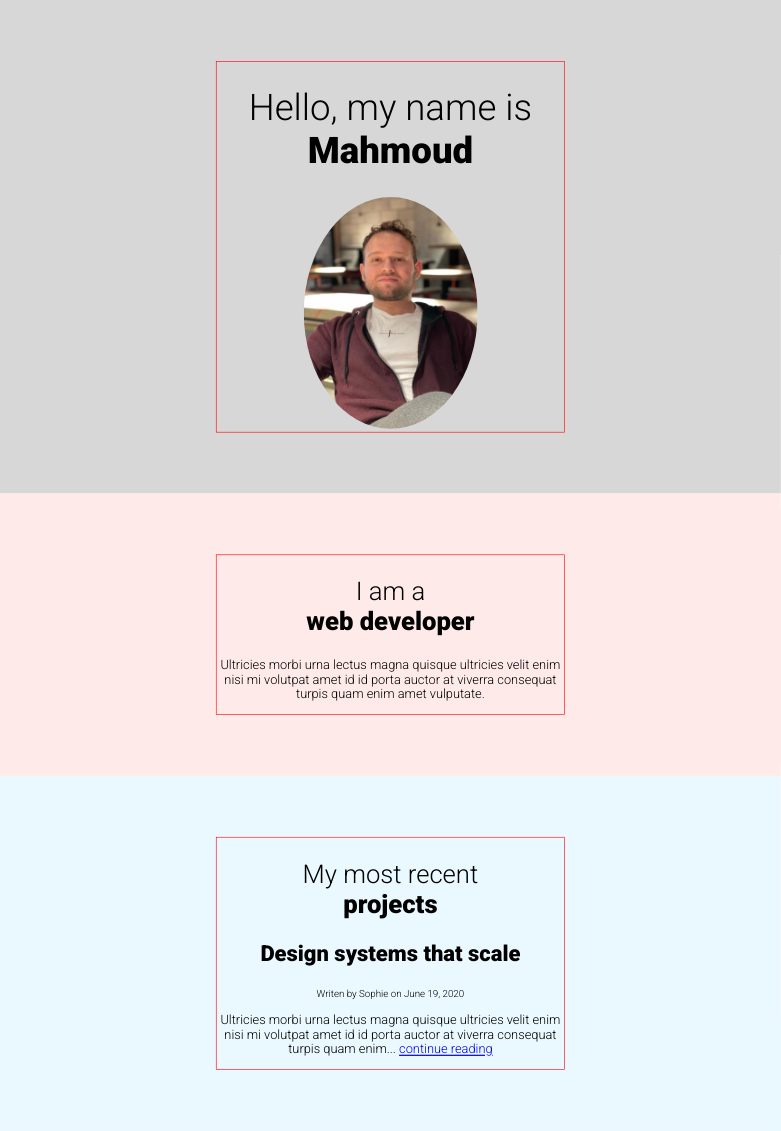
Repository: Doumham-Armah/portfolio
Page: index.html
An editor plug-in stored every save of this project. The page is shown before and after the next save, followed by the edit.
The browser window is 1280 px wide. The pictures show the whole page, at 61% of full size.

Above is the page before, as saved 2021-08-17 12:18:46.

### index.html
<!DOCTYPE html>
<html>
  <head>
    <title>HTML & CSS Fundamentals | Challenges</title>
    <link rel="preconnect" href="https://fonts.googleapis.com" />
    <link rel="preconnect" href="https://fonts.gstatic.com" crossorigin />
    <link
      href="https://fonts.googleapis.com/css2?family=Roboto:wght@300;900&display=swap"
      rel="stylesheet"
    />
    <link href="./style.css" rel="stylesheet" />
  </head>

  <body>
    <header>
      <div class="container">
        <h1>Hello, my name is <span>Mahmoud</span></h1>
        <img class="my-photo" src="./images/photo.jpeg" alt="image of me" />
      </div>
    </header>

    <section class="about-me">
      <div class="container">
        <h2>I am a <span>web developer</span></h2>
        <p>
          Ultricies morbi urna lectus magna quisque ultricies velit enim nisi mi
          volutpat amet id id porta auctor at viverra consequat turpis quam enim
          amet vulputate.
        </p>
      </div>
    </section>

    <section class="projects">
      <div class="container">
        <h2>My most recent <span>projects</span></h2>
        <article>
          <h3>Design systems that scale</h3>
          <p class="small-text">Writen by Sophie on June 19, 2020</p>
          <p>
            Ultricies morbi urna lectus magna quisque ultricies velit enim nisi
            mi volutpat amet id id porta auctor at viverra consequat turpis quam
            enim... <a href="#">continue reading</a>
          </p>
        </article>
      </div>
    </section>
  </body>
</html>

### style.css
body {
  margin: 0;
  font-size: 1.3125rem;
}

h1,
h2 {
  font-weight: 300;
}

h1 {
  font-size: 3.75rem;
}

h2 {
  font-size: 2.625rem;
}

h3 {
  font-size: 2.25rem;
}

h1 span,
h2 span {
  font-weight: 900;
  display: block;
}

header,
section {
  padding: 6.25rem 0;
}

header {
  background-color: #d7d7d7;
}

.about-me {
  background-color: #ffeaea;
}

.projects {
  background-color: #eaf9ff;
}

.small-text {
  font-size: 16px;
}

.container {
  width: 570px;
  margin: 0 auto;
  border: 1px solid red;
  text-align: center;
  font-family: "Roboto", sans-serif;
}

.my-photo {
  max-width: 50%;
  height: auto;
  border-radius: 50%;
}

After the next save:
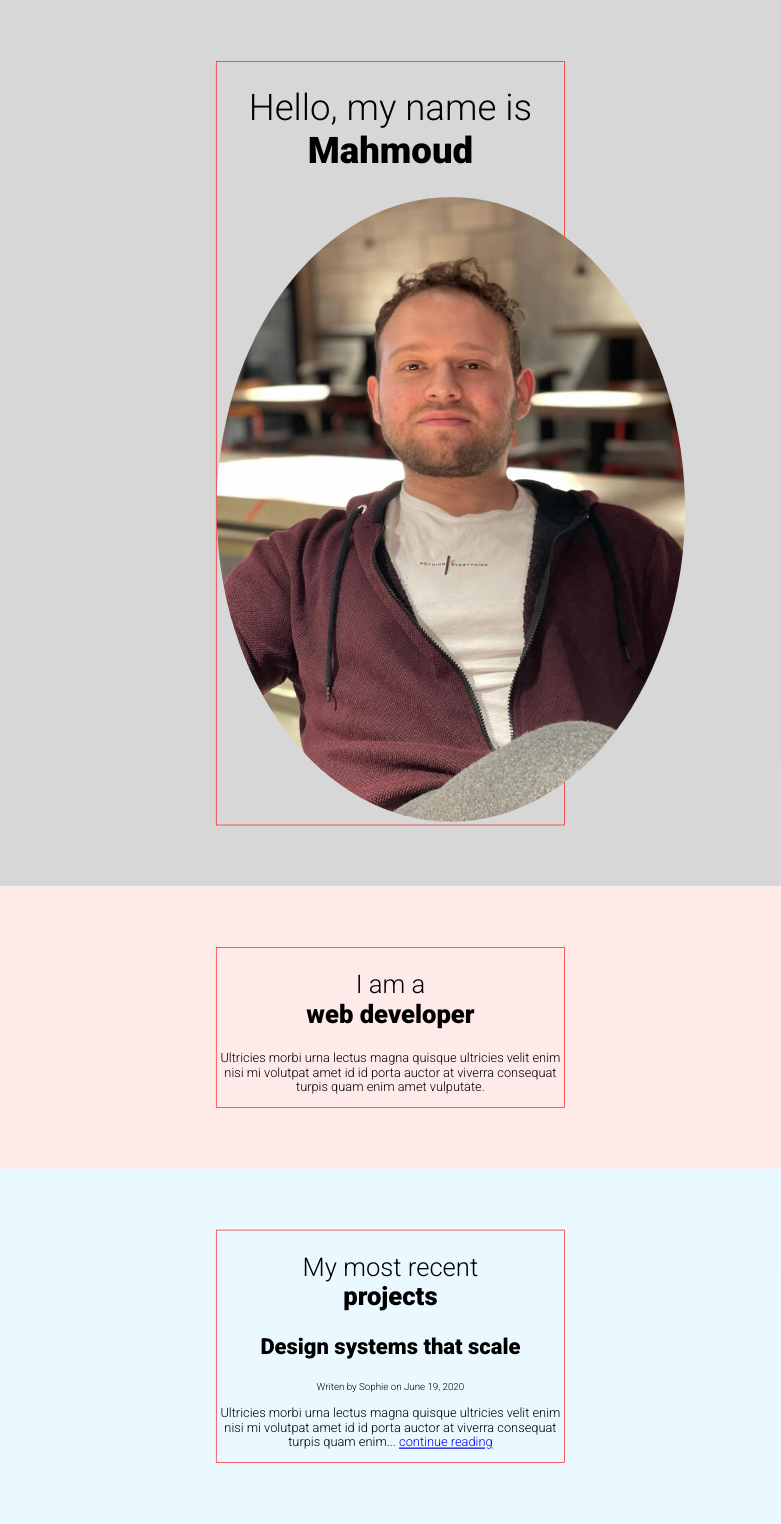
Saved 10 min 20 s later.
--- a/style.css
+++ b/style.css
@@ -56,7 +56,7 @@
 }
 
 .my-photo {
-  max-width: 50%;
+  /* max-width: 50%; */
   height: auto;
   border-radius: 50%;
 }

After the 2 saves that followed:
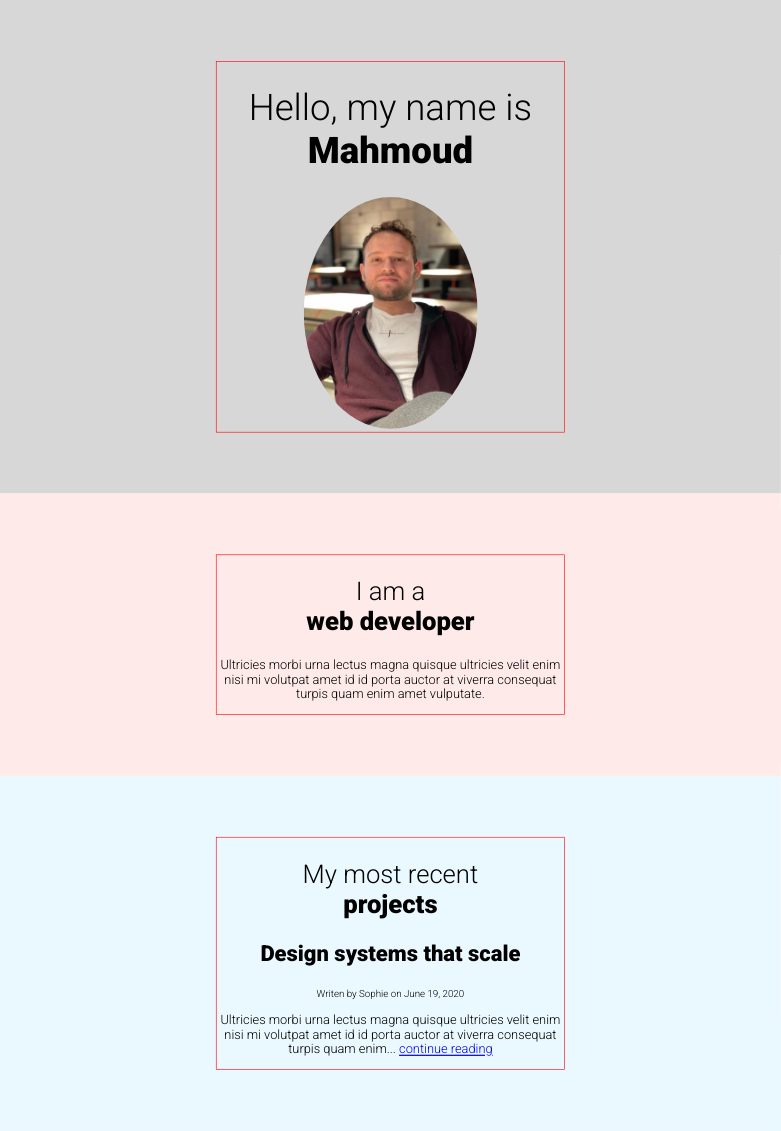
The 2 saves are shown as one change because 1 left the picture as it was.
The last was saved 11 s later.
--- a/style.css
+++ b/style.css
@@ -56,7 +56,7 @@
 }
 
 .my-photo {
-  /* max-width: 50%; */
+  max-width: 50%;
   height: auto;
   border-radius: 50%;
 }
